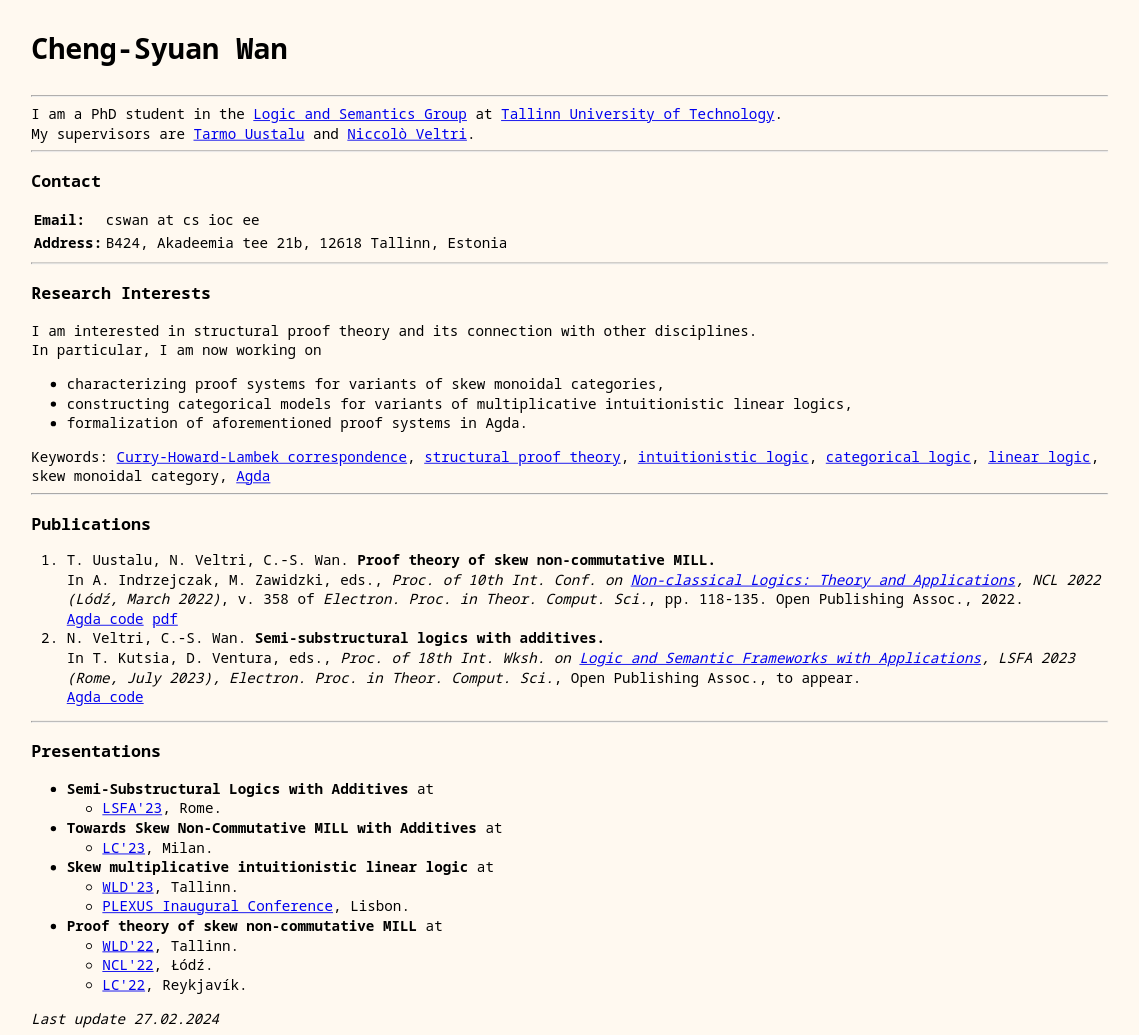
Repository: cswphilo/cswphilo.github.io
Page: index.html
These files come from the project's save history. The page is drawn as it stood at one moment and after the next save; the edit follows.
The browser window is 1280 px wide. The pictures show the whole page, at 89% of full size.

Above is the page before, as saved 2024-02-27 14:34:39.

After the next save:
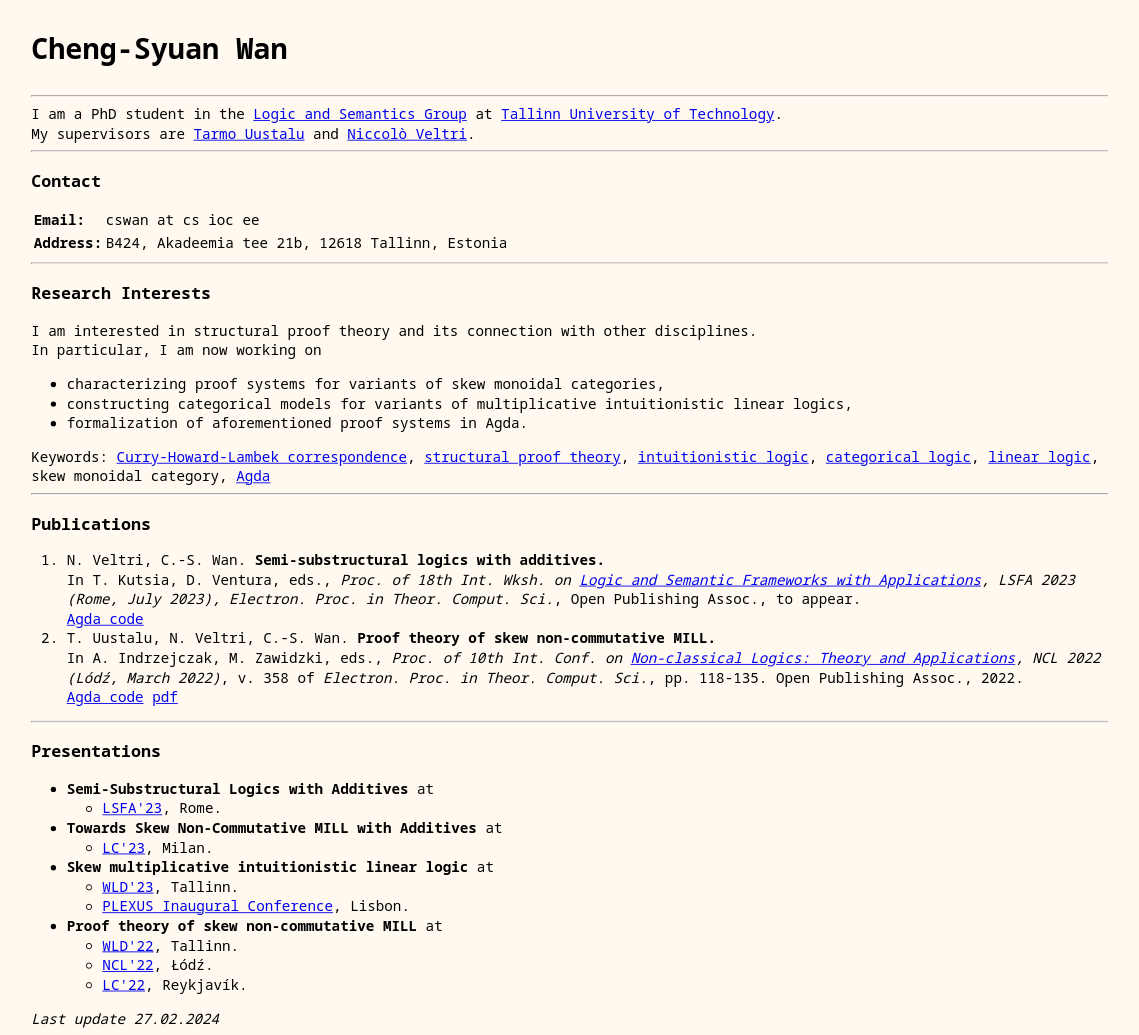
Saved 22 days later.
--- a/index.html
+++ b/index.html
@@ -57,13 +57,13 @@
     <div>
         <h3>Publications</h3>
     <ol>
+        <li>N. Veltri, C.-S. Wan. <strong>Semi-substructural logics with additives.</strong> <br />
+            In T. Kutsia, D. Ventura, eds., <em>Proc. of 18th Int. Wksh. on <a href="https://sites.google.com/ufg.br/lsfa2023">Logic and Semantic Frameworks with Applications</a>, LSFA 2023 (Rome, July 2023), Electron. Proc. in Theor. Comput. Sci.</em>, Open Publishing Assoc., to appear. <br />
+            <a href="https://github.com/cswphilo/SkewMonAdd">Agda code</a>
+            </li>
         <li>T. Uustalu, N. Veltri, C.-S. Wan. <strong>Proof theory of skew non-commutative MILL.</strong> <br />
             In A. Indrzejczak, M. Zawidzki, eds., <em>Proc. of 10th Int. Conf. on <a href="https://easychair.org/smart-program/NCL'22/">Non-classical Logics: Theory and Applications</a>, NCL 2022 (Lódź, March 2022)</em>, v. 358 of <em>Electron. Proc. in Theor. Comput. Sci.</em>, pp. 118-135. Open Publishing Assoc., 2022. <br />
             <a href="https://github.com/niccoloveltri/code-skewmonclosed">Agda code</a> <a href="https://arxiv.org/abs/2204.06727v1">pdf</a>
-            </li>
-        <li>N. Veltri, C.-S. Wan. <strong>Semi-substructural logics with additives.</strong> <br />
-            In T. Kutsia, D. Ventura, eds., <em>Proc. of 18th Int. Wksh. on <a href="https://sites.google.com/ufg.br/lsfa2023">Logic and Semantic Frameworks with Applications</a>, LSFA 2023 (Rome, July 2023), Electron. Proc. in Theor. Comput. Sci.</em>, Open Publishing Assoc., to appear. <br />
-            <a href="https://github.com/cswphilo/SkewMonAdd">Agda code</a>
             </li>
     </ol>
     </div>
